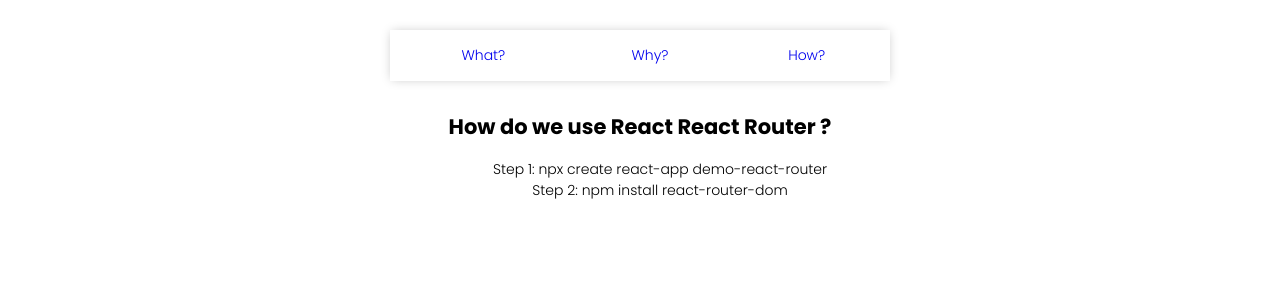
Repository: nguy3nds/2021-18-9-react
Page: /users
The author's editor kept a copy of each file at every save. The page is drawn from the files as they stood at one save, then again after the next save.
The browser window is 1280 px wide. The pictures show the whole page.
The project was rebuilt for these pictures with package versions that can differ from the ones it lists, and the page was loaded fresh each time. Also part of the build but not shown: src/components/What.js, src/components/Why.js.

Above is the page before, as saved 2021-09-19 00:05:41.

After the next save:
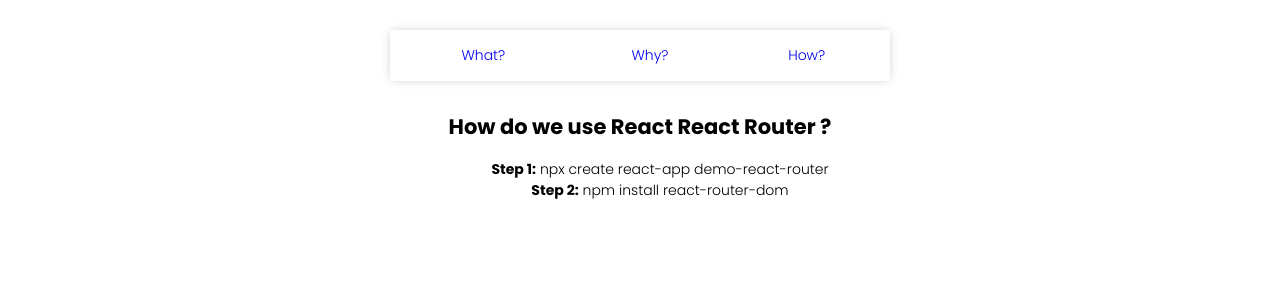
Saved 16 s later.
--- a/src/components/How.js
+++ b/src/components/How.js
@@ -3,8 +3,12 @@ export default function How() {
     <div>
       <h2>How do we use React React Router ?</h2>
       <ul>
-        <li>Step 1: npx create react-app demo-react-router</li>
-        <li>Step 2: npm install react-router-dom</li>
+        <li>
+          <b>Step 1:</b> npx create react-app demo-react-router
+        </li>
+        <li>
+          <b>Step 2:</b> npm install react-router-dom
+        </li>
       </ul>
     </div>
   );
